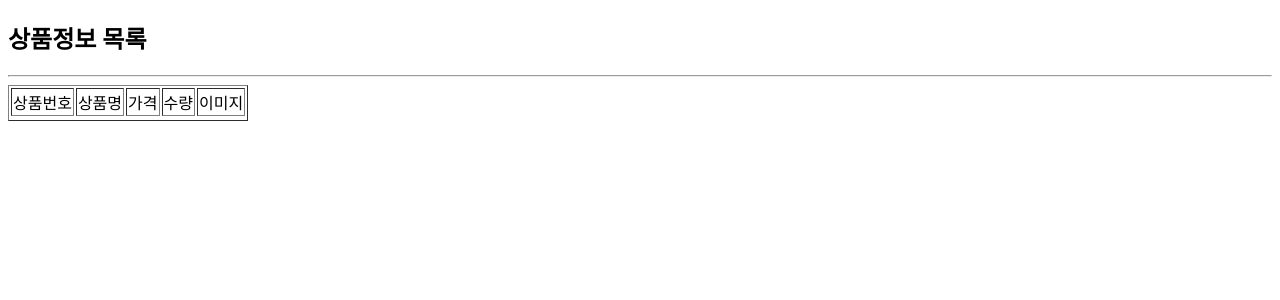
Repository: MegiLove/html_css
Page: http://localhost/day1130/listGoods_db.jsp
An editor plug-in stored every save of this project. The page is shown before and after the next save, followed by the edit.
The browser window is 1280 px wide. The pictures show the whole page.
The page is served by Tomcat 9. Other server files are loaded and not shown. Queries for data that is not in the repository find no rows.

Above is the page before, as saved 2021-11-30 02:23:23.

### day1130/src/main/webapp/listGoods_db.jsp
<%@page import="com.sist.vo.GoodsVO"%>
<%@page import="com.sist.dao.GoodsDAO"%>
<%@page import="java.util.ArrayList"%>
<%@ page language="java" contentType="text/html; charset=EUC-KR"
    pageEncoding="EUC-KR"%>
<!DOCTYPE html>
<html>
<head>
<meta charset="EUC-KR">
<title>Insert title here</title>
</head>
<body>
	<%
	GoodsDAO dao= new GoodsDAO();
	ArrayList<GoodsVO> list= dao.listGoods();
	%>

	<h2>상품정보 목록</h2>
	<hr>
	<table border="1">
		<tr>
			<td>상품번호</td>
			<td>상품명</td>
			<td>가격</td>
			<td>수량</td>
			<td>이미지</td>
		</tr>

		<tr>
		<%for(GoodsVO g:list){
			%>
			<td><%=g.getNo() %></td>
			<td><%=g.getName() %></td>
			<td><%=g.getPrice() %></td>
			<td><%=g.getQty() %></td>
			<td><img src="images/<%=g.getFname() %>" width="100" height="100"></td>
			<%
		} %>


		</tr>
	</table>
</body>
</html>

### day1130/src/main/java/com/sist/dao/GoodsDAO.java
package com.sist.dao;

import java.sql.Connection;
import java.sql.DriverManager;
import java.sql.ResultSet;
import java.sql.Statement;
import java.util.ArrayList;

import com.sist.vo.GoodsVO;

public class GoodsDAO {
	public ArrayList<GoodsVO> listGoods(){
		ArrayList<GoodsVO> list= new ArrayList<GoodsVO>();
		String sql="select * from goods";
		String driver="oracle.jdbc.driver.OracleDriver";
		String url="jdbc:oracle:thin:@localhost:1521:XE";
		String user="c##madang";
		String pwd="madang";
		Connection conn=null;
		Statement stmt=null;
		ResultSet rs=null;
		try {
			Class.forName(driver);
			conn= DriverManager.getConnection(url, user, pwd);
			stmt= conn.createStatement();
			rs= stmt.executeQuery(sql);
			while(rs.next()) {
				list.add(new GoodsVO(rs.getInt(1),rs.getString(2),rs.getInt(3),rs.getInt(4),rs.getString(5)));
			}
		} catch (Exception e) {
			System.out.println("예외발생: "+e.getMessage());
		}finally {
			try {
				if(rs!=null) {
					rs.close();
				}
				if(stmt!=null) {
					stmt.close();
				}
				if(conn!=null) {
					conn.close();
				}
			} catch (Exception e2) {
				// TODO: handle exception
			}
		}
		return list;
	}
}

After the next save:
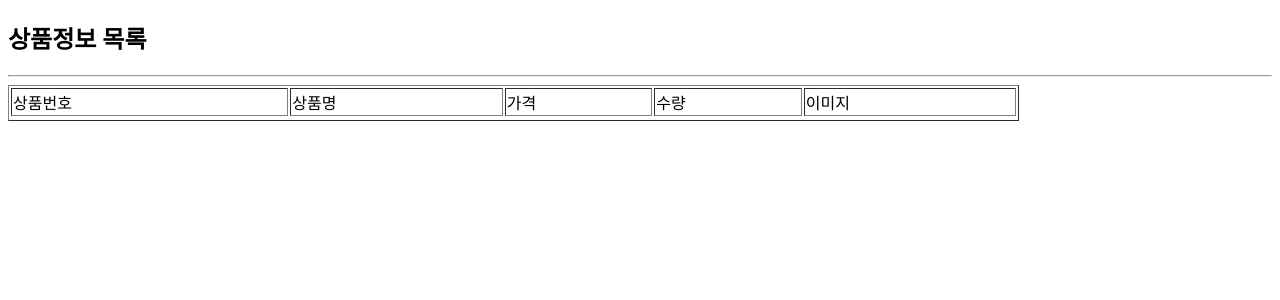
Saved 73 s later.
--- a/day1130/src/main/webapp/listGoods_db.jsp
+++ b/day1130/src/main/webapp/listGoods_db.jsp
@@ -17,7 +17,7 @@
 
 	<h2>상품정보 목록</h2>
 	<hr>
-	<table border="1">
+	<table border="1" width=80%>
 		<tr>
 			<td>상품번호</td>
 			<td>상품명</td>
